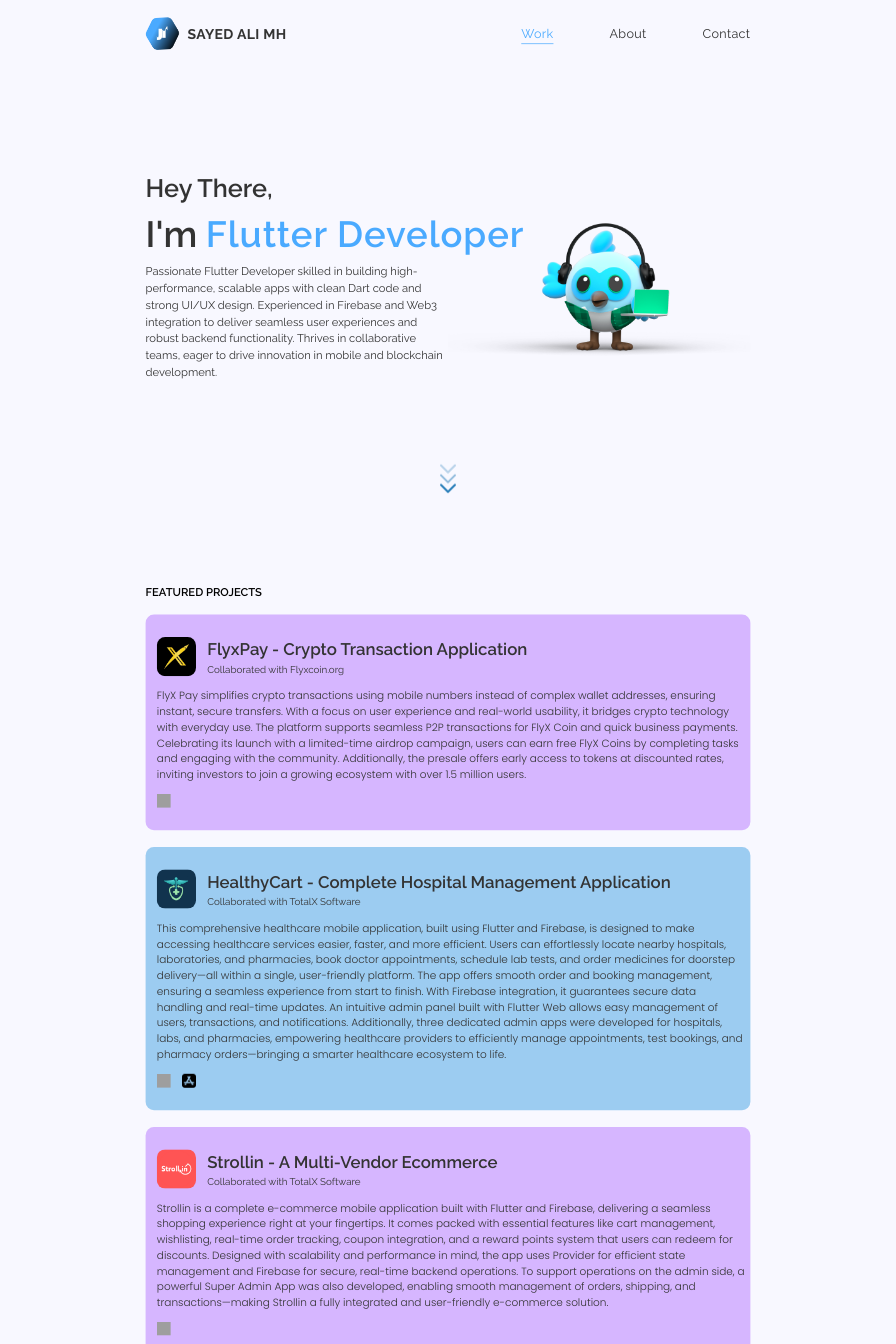
Repository: sayedali-2129/sayedali-portfolio
Page: /
The author's editor kept a copy of each file at every save. The page is drawn from the files as they stood at one save, then again after the next save.
The browser window is 1280 px wide. The pictures show the part of the page from y = 0 to 1920 px (the page is 3045 px tall), at 70% of full size.
Pictures or frames that could not be fetched are drawn as grey boxes. The project was rebuilt for these pictures with package versions that can differ from the ones it lists, and the page was loaded fresh each time. The framework's server and built-in components were replaced by stand-ins that run in the browser. Also part of the build but not shown: next.config.ts.

Above is the page before, as saved 2025-05-25 17:29:15.

### src/features/home/presentation/Home.tsx
import dynamic from "next/dynamic";

const NavBar = dynamic(() => import("../components/NavBar"), { ssr: true });
const ProfileBody = dynamic(() => import("../components/ProfileBody"), {
  ssr: true,
});
const RecentWorks = dynamic(() => import("../components/RecentWorks"), {
  ssr: true,
});

function Home() {
  return (
    <div className="overflow-hidden">
      <NavBar />
      <ProfileBody />
      <RecentWorks />
    </div>
  );
}

export default Home;

### src/features/home/components/NavBar.tsx
"use client";

import CloseIcon from "@/assets/icons/close-icon.png";
import Logo from "@/assets/icons/logo.png";
import MenuIcon from "@/assets/icons/menu.png";
import Image from "next/image";
import Link from "next/link";
import { usePathname } from "next/navigation";
import { useEffect, useState } from "react";

export default function NavBar() {
  const [showMenu, setShowMenu] = useState(false);
  const [mounted, setMounted] = useState(false);
  const pathname = usePathname();

  useEffect(() => {
    setMounted(true);
  }, []);

  const openMenu = () => {
    setShowMenu(!showMenu);
  };

  const navBarItemClass =
    "text-TextColor sm:font-RalewayRegular sm:text-lg text-[16px] font-RalewaySemiBold tracking-wide hover:cursor-pointer hover:text-TextBlue";

  return (
    <div className="z-50 md:h-24 h-20 w-full bg-BackGroundColor fixed xl:px-52 md:px-32 sm:px-16 px-4 flex flex-row items-center justify-between">
      <ul className="flex gap-2 items-center">
        <li>
          <Link href="/">
            <Image
              src={Logo}
              alt="SAYED ALI MH LOGO"
              className="md:h-12 md:w-12 h-10 w-10"
            />
          </Link>
        </li>
        <li>
          <Link
            href="/"
            className="ml-1 text-TextColor md:text-xl text-[16px] font-RalewayBold tracking-wide"
          >
            SAYED ALI MH
          </Link>
        </li>
      </ul>

      <ul className="hidden sm:flex flex-row xl:gap-20 md:gap-14 sm:gap-9">
        <li>
          <Link
            href="/"
            className={`${
              pathname === "/"
                ? "text-TextBlue underline underline-offset-8"
                : "text-TextColor"
            } sm:font-RalewayRegular sm:text-lg text-[16px] font-RalewaySemiBold tracking-wide hover:cursor-pointer hover:text-TextBlue`}
          >
            Work
          </Link>
        </li>

        <li>
          <Link
            href="/about"
            className={`${
              pathname === "/about"
                ? "text-TextBlue underline underline-offset-8"
                : "text-TextColor"
            } sm:font-RalewayRegular sm:text-lg text-[16px] font-RalewaySemiBold tracking-wide hover:cursor-pointer hover:text-TextBlue`}
          >
            About
          </Link>
        </li>

        <li>
          <a
            href="mailto:sayedalimh@gmail.com"
            target="_blank"
            rel="noopener noreferrer"
            className={navBarItemClass}
          >
            Contact
          </a>
        </li>
      </ul>
      <Image
        src={MenuIcon}
        alt="Menu Icon"
        onClick={openMenu}
        className="flex sm:hidden h-8 w-8 hover:cursor-pointer"
      />
      {mounted && (
        <>
          <div
            className={`fixed inset-0 bg-black/50 transition-opacity duration-300 sm:hidden ${
              showMenu ? "opacity-100" : "opacity-0 pointer-events-none"
            }`}
            onClick={openMenu}
          />
          <div
            className={`z-50 flex sm:hidden flex-col gap-2 rounded-xl absolute top-24 left-1/2 transform -translate-x-1/2 bg-BackGroundColor p-3 w-60 items-center transition-all duration-300 ${
              showMenu
                ? "opacity-100 translate-y-0"
                : "opacity-0 -translate-y-4 pointer-events-none"
            }`}
          >
            <div className="flex flex-row justify-end w-full">
              <Image
                src={CloseIcon}
                alt="Menu Close Icon"
                onClick={openMenu}
                className="h-6 w-6 hover:cursor-pointer"
              />
            </div>
            <Link href="/" className={navBarItemClass}>
              Work
            </Link>
            <Link href="/about" className={navBarItemClass}>
              About
            </Link>
            <a
              href="mailto:sayedalimh@gmail.com"
              target="_blank"
              rel="noopener noreferrer"
              className={navBarItemClass}
            >
              Contact
            </a>
          </div>
        </>
      )}
    </div>
  );
}

### src/features/home/components/ProfileBody.tsx
"use client";

import FlutterImg from "@/assets/images/flutter-bird.png";
import ScrollDownLottie from "@/assets/lottie/scroll-down.json";
import { motion } from "framer-motion";
import Lottie from "lottie-react";
import Image from "next/image";
import { useEffect, useState } from "react";
import RotatingText from "./RotatingText";

export default function ProfileBody() {
  const [mounted, setMounted] = useState(false);

  useEffect(() => {
    setMounted(true);
  }, []);

  return (
    <>
      <div className="md:mt-32 mt-24 xl:px-52 md:px-20 sm:px-12 px-2 flex flex-wrap items-center justify-center">
        <div className="md:w-1/2 w-full order-2 md:order-1 md:h-[530px] h-80 flex flex-col justify-center">
          <h2 className="xl:text-[36px] md:text-[30px] text-[26px] text-TextColor font-RalewaySemiBold">
            Hey There,
          </h2>

          <ul className="flex flex-row items-start gap-3 md:h-20 h-14">
            <li>
              <h2 className="xl:text-[52px] md:text-[45px] sm:text-[39px] text-[34px] text-TextColor font-RalewaySemiBold">
                I'm
              </h2>
            </li>
            <li>
              <RotatingText />
            </li>
          </ul>
          {/* <h3 className="text-[36px] text-TextColor font-RalewaySemiBold">
            Based On India
          </h3> */}
          <p className="text-TextColor font-RalewayRegular pb-20 md:pb-0">
            Passionate Flutter Developer skilled in building high-performance,
            scalable apps with clean Dart code and strong UI/UX design.
            Experienced in Firebase and Web3 integration to deliver seamless
            user experiences and robust backend functionality. Thrives in
            collaborative teams, eager to drive innovation in mobile and
            blockchain development.
          </p>
        </div>
        <motion.div
          className="md:w-1/2 order-1 md:order-2 md:h-[530px] h-72 pb-16 md:pb-0 pt-6 justify-center items-center"
          animate={{
            y: [0, -20, 0],
          }}
          transition={{
            duration: 6,
            repeat: Infinity,
            ease: "easeInOut",
          }}
        >
          <Image
            src={FlutterImg}
            alt="Flutter Developer"
            className="h-full w-full object-contain"
          />
        </motion.div>
      </div>

      {mounted && (
        <Lottie
          animationData={ScrollDownLottie}
          loop={true}
          autoplay={true}
          className="md:h-12 h-10 "
        />
      )}
    </>
  );
}

### src/features/home/components/RecentWorks.tsx
import recentWorks from "../data/RecentWorksData";
import RecentWorkFrame from "./RecentWorkFrame";

export default function RecentWorks() {
  return (
    <div className="md:mt-32 mt-16 xl:px-52 md:px-20 sm:px-12 px-2 pb-16">
      <div className="flex flex-col items-center justify-center gap-6">
        <div className="xl:w-full flex flex-row h-5 justify-start items-start w-full">
          <h4 className="font-RalewaySemiBold ">FEATURED PROJECTS</h4>
        </div>
        {recentWorks.map((work, index) => (
          <RecentWorkFrame
            key={index}
            title={work.title}
            description={work.description}
            image={work.image.src}
            color={work.color}
            playstoreLink={work.playstoreLink}
            appstoreLink={work.appstoreLink}
            collabWith={work.collabWith}
          />
        ))}
      </div>
    </div>
  );
}

### src/features/home/components/RotatingText.tsx
"use client";

import { AnimatePresence, motion } from "framer-motion";
import { useEffect, useState } from "react";

export default function RotatingText() {
  const TEXTS = ["Sayed Ali MH", "Flutter Developer"];
  const [index, setIndex] = useState(0);

  useEffect(() => {
    const intervalId = setInterval(() => {
      setIndex((prev) => (prev + 1) % TEXTS.length);
    }, 3000);
    return () => clearInterval(intervalId);
  }, []);

  return (
    <div>
      <AnimatePresence mode="wait">
        <motion.span
          key={TEXTS[index]} // important for re-render
          initial={{ opacity: 0, y: 4 }}
          animate={{ opacity: 1, y: 0 }}
          exit={{ opacity: 0, y: -5 }}
          transition={{ duration: 0.5 }}
          className="xl:text-[52px] md:text-[45px] sm:text-[39px] text-[34px] font-RalewaySemiBold tracking-wide text-TextBlue absolute"
        >
          {TEXTS[index]}
        </motion.span>
      </AnimatePresence>
    </div>
  );
}

### src/features/home/components/RecentWorkFrame.tsx
"use client";

import appstore from "@/assets/icons/appstore.png";
import playstore from "@/assets/icons/playstore.png";
import { motion, useInView } from "framer-motion";
import Image from "next/image";
import { useRef } from "react";

interface RecentWorkFrameProps {
  title: string;
  description: string;
  image: string;
  color: string;
  playstoreLink: string | undefined;
  appstoreLink: string | undefined;
  collabWith: string;
}

export default function RecentWorkFrame({
  title,
  description,
  image,
  color,
  playstoreLink,
  appstoreLink,
  collabWith,
}: RecentWorkFrameProps) {
  const ref = useRef(null);
  const isInView = useInView(ref, { once: true, margin: "-100px" });

  return (
    <motion.div
      ref={ref}
      initial={{ opacity: 0, x: 100 }}
      animate={isInView ? { opacity: 1, x: 0 } : { opacity: 0, x: 100 }}
      transition={{ duration: 0.5, ease: "easeOut" }}
      className="md:w-full w-full py-8 flex flex-col gap-4 pl-4 pr-2 rounded-xl"
      style={{ backgroundColor: color }}
    >
      <div className="flex flex-row items-start">
        <Image
          src={image}
          alt={title}
          width={56}
          height={56}
          className="md:h-14 h-12 rounded-xl object-contain"
        />
        <ul className="flex flex-col justify-center px-4">
          <li>
            <h4 className="font-RalewaySemiBold md:text-[24px] text-[16px] text-TextColor">
              {title}
            </h4>
          </li>
          <li>
            <p className="font-RalewayRegular md:text-[14px] text-[11px] text-TextColor">
              Collaborated with {collabWith}
            </p>
          </li>
        </ul>
      </div>

      <div className="w-full">
        <p className="font-PoppinsLight  md:text-[15px] text-[12px] text-TextColor">
          {description}
        </p>
      </div>
      <div className="flex flex-row gap-4">
        <a href={playstoreLink} target="_blank" rel="noopener noreferrer">
          <Image
            src={playstore}
            alt="playstore"
            width={20}
            height={20}
            className="md:w-5 md:h-5 w-4 h-4"
          />
        </a>
        {appstoreLink !== undefined && (
          <a href={appstoreLink} target="_blank" rel="noopener noreferrer">
            <Image
              src={appstore}
              alt="appstore"
              width={20}
              height={20}
              className="md:w-5 md:h-5 w-4 h-4"
            />
          </a>
        )}
      </div>
    </motion.div>
  );
}

// SLIDE UPTO CENTER

// "use client";

// import appstore from "@/assets/icons/appstore.png";
// import playstore from "@/assets/icons/playstore.png";
// import { motion, useInView } from "framer-motion";
// import { useRef } from "react";

// interface RecentWorkFrameProps {
//   title: string;
//   description: string;
//   image: string;
//   color: string;
//   playstoreLink: string | undefined;
//   appstoreLink: string | undefined;
//   collabWith: string;
// }

// export default function RecentWorkFrame({
//   title,
//   description,
//   image,
//   color,
//   playstoreLink,
//   appstoreLink,
//   collabWith,
// }: RecentWorkFrameProps) {
//   const ref = useRef(null);
//   const isInView = useInView(ref, { once: true, margin: "-100px" });

//   return (
//     <motion.div
//       ref={ref}
//       initial={{ opacity: 0, y: 50 }}
//       animate={isInView ? { opacity: 1, y: 0 } : { opacity: 0, y: 50 }}
//       transition={{ duration: 0.5, ease: "easeOut" }}
//       className="md:w-full w-full py-8 flex flex-col gap-4 pl-4 pr-2 rounded-xl"
//       style={{ backgroundColor: color }}
//     >
//       <div className="flex flex-row items-start">
//         <img src={image} alt={title} className="md:h-14 h-12 rounded-xl" />
//         <ul className="flex flex-col justify-center px-4">
//           <li>
//             <h4 className="font-RalewaySemiBold md:text-[24px] text-[16px] text-TextColor">
//               {title}
//             </h4>
//           </li>
//           <li>
//             <p className="font-RalewayRegular md:text-[14px] text-[11px] text-TextColor">
//               Collaborated with {collabWith}
//             </p>
//           </li>
//         </ul>
//       </div>

//       <div className="w-full">
//         <p className="font-PoppinsLight  md:text-[15px] text-[12px] text-TextColor">
//           {description}
//         </p>
//       </div>
//       <div className="flex flex-row gap-4">
//         <a href={playstoreLink} target="_blank" rel="noopener noreferrer">
//           <img
//             src={playstore.src}
//             alt="playstore"
//             className="md:w-5 md:h-5 w-4 h-4"
//           />
//         </a>
//         {appstoreLink !== undefined && (
//           <a href={appstoreLink} target="_blank" rel="noopener noreferrer">
//             <img
//               src={appstore.src}
//               alt="appstore"
//               className="md:w-5 md:h-5 w-4 h-4"
//             />
//           </a>
//         )}
//       </div>
//     </motion.div>
//   );
// }

Loaded but not shown: src/app/layout.tsx (common file); src/app/page.tsx (common file); src/app/globals.css (common file); src/assets/lottie/scroll-down.json (1 lines, source omitted); src/features/home/data/RecentWorksData.js (81 lines, source omitted)

After the next save:
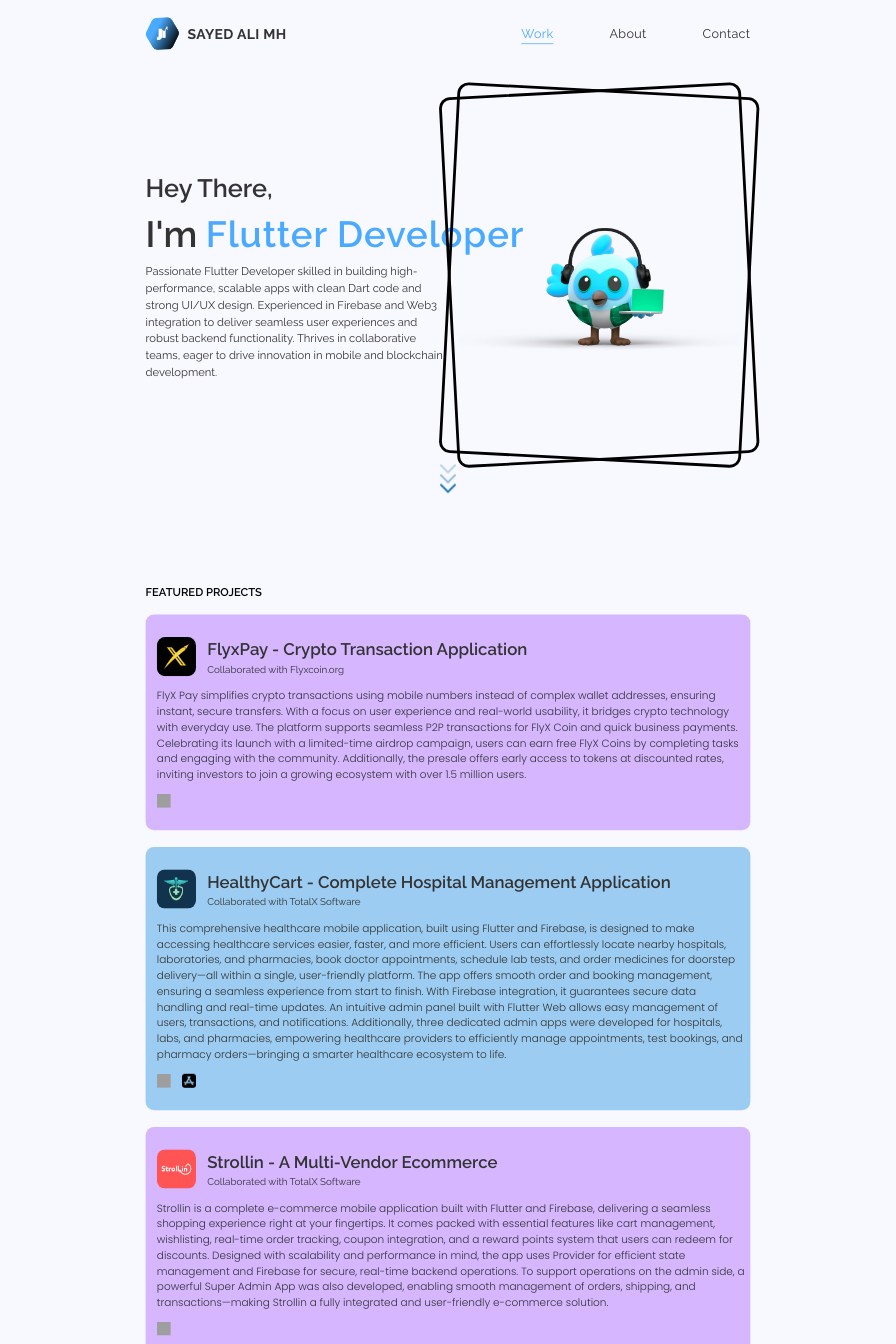
Saved 64 s later.
--- a/src/features/home/components/ProfileBody.tsx
+++ b/src/features/home/components/ProfileBody.tsx
@@ -46,7 +46,7 @@
           </p>
         </div>
         <motion.div
-          className="md:w-1/2 order-1 md:order-2 md:h-[530px] h-72 pb-16 md:pb-0 pt-6 justify-center items-center"
+          className="md:w-1/2 order-1 md:order-2 md:h-[530px] h-72 pb-16 md:pb-0 pt-6 justify-center items-center relative"
           animate={{
             y: [0, -20, 0],
           }}
@@ -56,11 +56,15 @@
             ease: "easeInOut",
           }}
         >
-          <Image
-            src={FlutterImg}
-            alt="Flutter Developer"
-            className="h-full w-full object-contain"
-          />
+          <div className="absolute inset-0 border-4 border-primary rounded-2xl transform rotate-3"></div>
+          <div className="absolute inset-0 border-4 border-secondary rounded-2xl transform -rotate-3"></div>
+          <div className="relative z-10 h-full w-full p-4">
+            <Image
+              src={FlutterImg}
+              alt="Flutter Developer"
+              className="h-full w-full object-contain"
+            />
+          </div>
         </motion.div>
       </div>
 

After the save that followed:
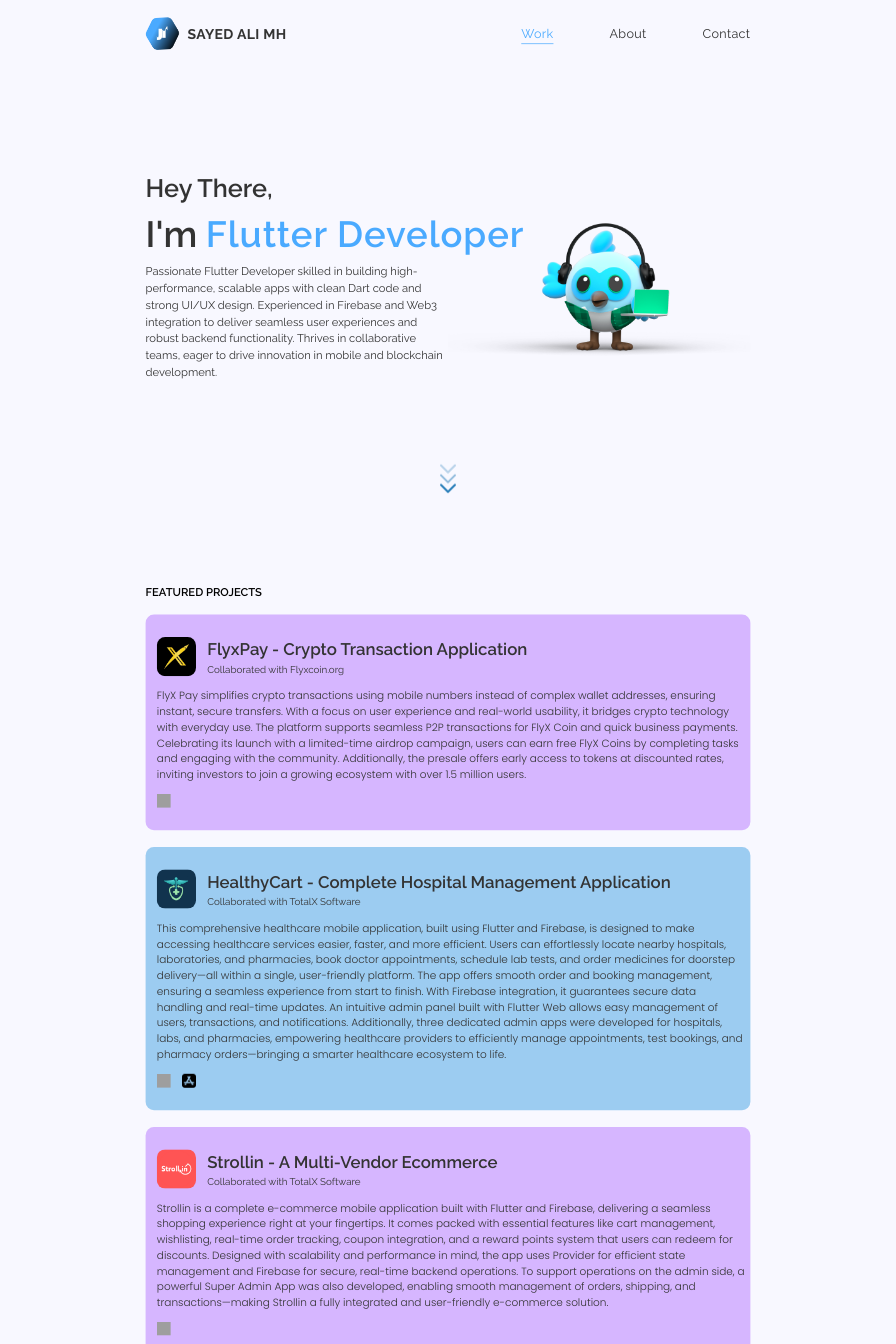
Saved 14 s later.
--- a/src/features/home/components/ProfileBody.tsx
+++ b/src/features/home/components/ProfileBody.tsx
@@ -46,7 +46,7 @@
           </p>
         </div>
         <motion.div
-          className="md:w-1/2 order-1 md:order-2 md:h-[530px] h-72 pb-16 md:pb-0 pt-6 justify-center items-center relative"
+          className="md:w-1/2 order-1 md:order-2 md:h-[530px] h-72 pb-16 md:pb-0 pt-6 justify-center items-center"
           animate={{
             y: [0, -20, 0],
           }}
@@ -56,15 +56,11 @@
             ease: "easeInOut",
           }}
         >
-          <div className="absolute inset-0 border-4 border-primary rounded-2xl transform rotate-3"></div>
-          <div className="absolute inset-0 border-4 border-secondary rounded-2xl transform -rotate-3"></div>
-          <div className="relative z-10 h-full w-full p-4">
-            <Image
-              src={FlutterImg}
-              alt="Flutter Developer"
-              className="h-full w-full object-contain"
-            />
-          </div>
+          <Image
+            src={FlutterImg}
+            alt="Flutter Developer"
+            className="h-full w-full object-contain"
+          />
         </motion.div>
       </div>
 
